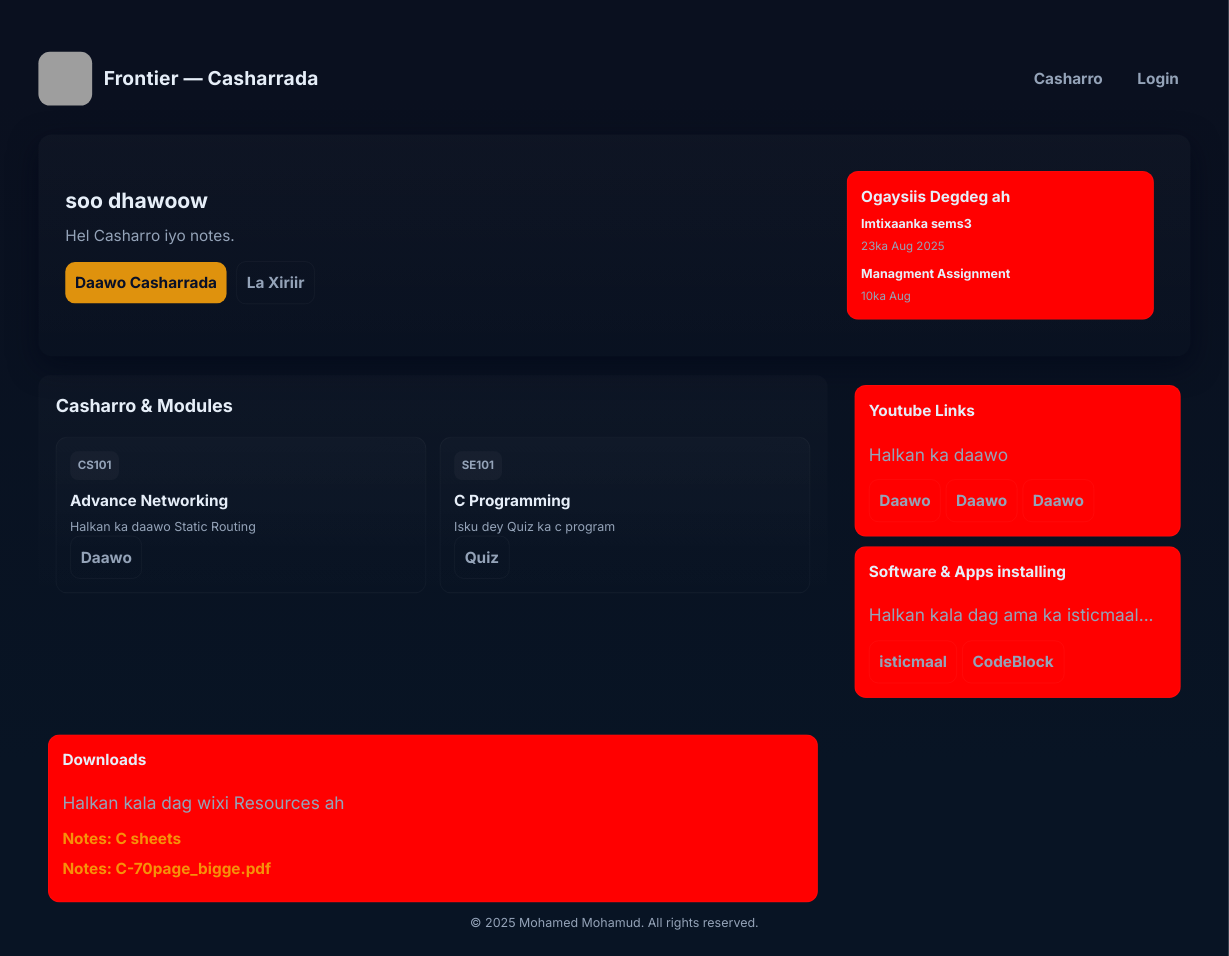
Repository: mrfiiqane/Al-Tacaawun.com
Page: index.html
The author's editor kept a copy of each file at every save. The page is drawn from the files as they stood at one save, then again after the next save.
The browser window is 1280 px wide. The pictures show the whole page, at 96% of full size.
Pictures or frames that could not be fetched are drawn as grey boxes.

Above is the page before, as saved 2025-08-12 10:44:00.

### index.html
<!doctype html>
<html lang="en">
<head>
  <meta charset="utf-8" />
  <meta name="viewport" content="width=device-width,initial-scale=1" />
  <title>Jaamacadda — Casharrada</title>
  <link rel="stylesheet" href="./style.css">

  <!-- Google Font (optional) -->
  <link href="https://fonts.googleapis.com/css2?family=Inter:wght@300;400;600;700&display=swap" rel="stylesheet">

</head>
<body>
  <div class="wrap">

    <header>
      <div class="brand">
        <div class="logo"></div>
        <div>
          <h1 class="site-title">Frontier — Casharrada</h1>
        </div>
      </div>

      <nav aria-label="Primary">
        <a href="#courses">Casharro</a>
        <a href="./Singin.html">Login</a>
      </nav>
    </header>

    <section class="hero">
      <div class="hero-left">

        <h2>soo dhawoow</h2>
        <p>Hel Casharro iyo notes.</p>

        <div class="cta-row">
          <a class="btn" href="#courses">Daawo Casharrada</a>
          <a class="btn secondary" href="#contact">La Xiriir</a>
        </div>
      </div>

      <div class="hero-right card">
        <h4 style="margin:0 0 8px 0">Ogaysiis Degdeg ah</h4>
        <ul class="ann-list">
          <li class="ann"><div><b>Imtixaanka sems3</b><small> 23ka Aug 2025</small></div></li>
          <li class="ann"><div><b>Managment Assignment</b><small> 10ka Aug</small></div></li>
        </ul>
      </div>
    </section>

    <div class="grid">
      <main>
        <!-- Courses -->
        <div id="courses" class="section">
          <h3 style="margin-top:0">Casharro & Modules</h3>
          <div class="courses">
            <article class="course">
              <span class="code">CS101</span>
              <h3>Advance Networking</h3>
              <p>Halkan ka daawo Static Routing</p>
              <a class="btn secondary" href="https://youtu.be/i_kWL7zncr0?si=UCBDJ3CswC6rXT9E" >Daawo</a>
            </article>
            <article class="course">
              <span class="code">SE101</span>
              <h3>C Programming</h3>
              <p>Isku dey Quiz ka c program</p>
              <a class="btn secondary" href="https://quiz-with-c.vercel.app/" >Quiz</a>
            </article>



          </div>
        </div>



      </main>

      <!-- Sidebar -->
      <aside>
        <div class="card">
          <h4 style="margin-top:0">Youtube Links</h4>
          <p class="site-sub">Halkan ka daawo</p>
          <ul style="margin:12px 0 0 0; padding:0; list-style:none;">
            <a class="btn secondary" href="https://youtu.be/eYBJgoVVvV4" >Daawo</a>
            <a class="btn secondary" href="https://youtu.be/OuTGAZUUJFI" >Daawo</a>
            <a class="btn secondary" href="https://youtu.be/sqkx3KoNXKo" >Daawo</a>
          </ul>
        </div>
        <div class="card">
          <h4 style="margin-top:0">Software & Apps installing</h4>
          <p class="site-sub">Halkan kala dag ama ka isticmaal...</p>
          <ul style="margin:12px 0 0 0; padding:0; list-style:none;">
            <a class="btn secondary" href="https://www.programiz.com/c-programming/online-compiler/" >isticmaal</a>
            <a class="btn secondary" href="https://sourceforge.net/projects/codeblocks/files/Binaries/25.03/Windows/codeblocks-25.03mingw-setup.exe/download" >CodeBlock</a>

          </ul>
        </div>

      </aside>
      <aside>
        <div class="card">
          <h4 style="margin-top:0">Downloads</h4>
          <p class="site-sub">Halkan kala dag wixi Resources ah</p>
          <ul style="margin:12px 0 0 0; padding:0; list-style:none;">
            <li style="margin-bottom:8px"><a href="./images/cheat_sheet_c.pdf" download="" style="color:var(--accent); text-decoration:none; font-weight:700">Notes: C sheets</a></li>
            <li style="margin-bottom:8px"><a href="./images/C-70page-begginers.pdf" download="" style="color:var(--accent); text-decoration:none; font-weight:700">Notes: C-70page_bigge.pdf</a></li>
          </ul>
        </div>

      </aside>
    </div>

    <footer>
      © <span id="year"></span> 2025 Mohamed Mohamud. All rights reserved.
    </footer>

  </div>

</body>
</html>

### style.css
:root{
      --bg:#0f1724;
      --card:#0b1220;
      --accent:#f59f0be8;
      --muted:#94a3b8;
      --glass: rgba(255,255,255,0.04);
      --radius:14px;
      --maxw:1200px;
      font-family: "Inter", system-ui, -apple-system, "Segoe UI", Roboto, "Helvetica Neue", Arial;
    }
    *{box-sizing:border-box}

    body{
      margin:0;
      background: linear-gradient(180deg,#0a101f 10%, #081424 80%);
      color:#e6eef8;
      -webkit-font-smoothing:antialiased;
      -moz-osx-font-smoothing:grayscale;  /* //waa maxay */
      line-height:1.45;
      padding:24px;
      display:flex;
      justify-content:center;
    }
    .wrap{
      width:100%;
      max-width:var(--maxw);

    }

    /* Header */
    header{
      display:flex;
      align-items:center;
      justify-content:space-between;
      gap:16px;
      margin: 30px auto;
    }
    .brand{
      display:flex;
      align-items:center;
      gap:12px;
    }
    .logo{
      background-image: url('https://encrypted-tbn0.gstatic.com/images?q=tbn:ANd9GcTuMOF6fEdt8Zlo2HOTVPE4MufJVdZzyfTKlA&s');
      background-size:cover;
      background-position:center;
      background-repeat:no-repeat;
      width:56px;
      height:56px;
      border-radius:12px;
      display:flex;
      align-items:center;
      justify-content:center;
      font-weight:700;
      font-size:20px;
    }
    h1.site-title{
      margin:0;
      font-size:20px;
      letter-spacing:0.2px;
    }
    p.site-sub{ margin:0; color:var(--muted); font-size:18px }

    nav{
      display:flex;
      gap:12px;
      align-items:center;
    }
    nav a{
      color:var(--muted);
      text-decoration:none;
      font-weight:800;
      padding:8px 12px;
      border-radius:10px;
    }
    nav a:hover{ color:#fff; background:var(--glass) }

    /* Hero */
    .hero{
      background: linear-gradient(180deg, rgba(255,255,255,0.02), transparent);
      border-radius: var(--radius);
      padding:28px;
      display:flex;
      gap:24px;
      align-items:center;
      margin-bottom:20px;
      box-shadow: 0 10px 30px rgba(2,6,23,0.6);
    }
    .hero-left{flex:1}
    .hero-right{ width:320px; min-width:220px }
    .hero h2{ margin:0 0 8px 0; font-size:22px }
    .hero p{ margin:0 0 14px 0; color:var(--muted) }

    .cta-row{ display:flex; gap:10px; align-items:center }
    .btn{
      background:var(--accent);
      color:#081028;
      padding:10px;
      border-radius:10px;
      font-weight:700;
      border:none;
      cursor:pointer;
      text-decoration:none;
      display:inline-block;
    }
    .btn.secondary{
      background:transparent;
      color:var(--muted);
      border:1px solid rgba(255,255,255,0.04);
    }

    /* Grid */
    .grid{
      display:grid;
      gap:18px;
      grid-template-columns: 1fr 360px;
    }

    /* Main content */
    main{ background:transparent }
    .section{
      background: linear-gradient(180deg, rgba(255,255,255,0.02), transparent);
      padding:18px;
      border-radius:12px;
      margin-bottom:16px;
    }

    /* Courses */
    .courses{
      display:grid;
      grid-template-columns: repeat(auto-fit,minmax(230px,1fr));
      gap:14px;
      bk
    }
    .course{
      background:linear-gradient(180deg, rgba(255,255,255,0.02), transparent);
      padding:14px;
      border-radius:12px;
      border:1px solid rgba(255,255,255,0.03);
      transition:transform .18s ease, box-shadow .18s ease;
    }
    .course:hover{ transform:translateY(-6px); box-shadow:0 12px 30px rgba(2,6,23,0.6) }
    .code{
      display:inline-block;
      background:rgba(255,255,255,0.03);
      padding:6px 8px;
      border-radius:8px;
      color:var(--muted);
      font-weight:700;
      font-size:12px;
    }
    .course h3{ margin:10px 0 6px 0; font-size:16px }
    .course p{ margin:0; color:var(--muted); font-size:13px }

    /* Sidebar cards */
    .card{
      /* background: linear-gradient(180deg, rgba(255,255,255,0.02), transparent); */
      background-color: red;
      padding:14px;
      border-radius:12px;
      border:1px solid rgba(255,255,255,0.03);
      margin: 10px;
    }
    .ann-list{ list-style:none; margin:0; padding:0; display:flex; flex-direction:column; gap:10px }
    .ann{
      display:flex; gap:10px; align-items:flex-start;
    }
    .ann b{ display:block; font-size:13px }
    .ann small{ color:var(--muted); font-size:12px }

    footer{
      margin:2px; text-align:center; color:var(--muted); font-size:13px;
    }

    /* Responsive */
    @media (max-width:768px){
    header{
      display:block;
      align-items:center;
      justify-content:space-around;
      gap:5px;
      margin-bottom:22px;
    }
    .hero, .grid{
      display: flex;
      flex-direction: column;
    }

    nav{
      gap:5px;
      justify-content: end;
    }
    .btn{
      padding:10px;
    }

    }

After the next save:
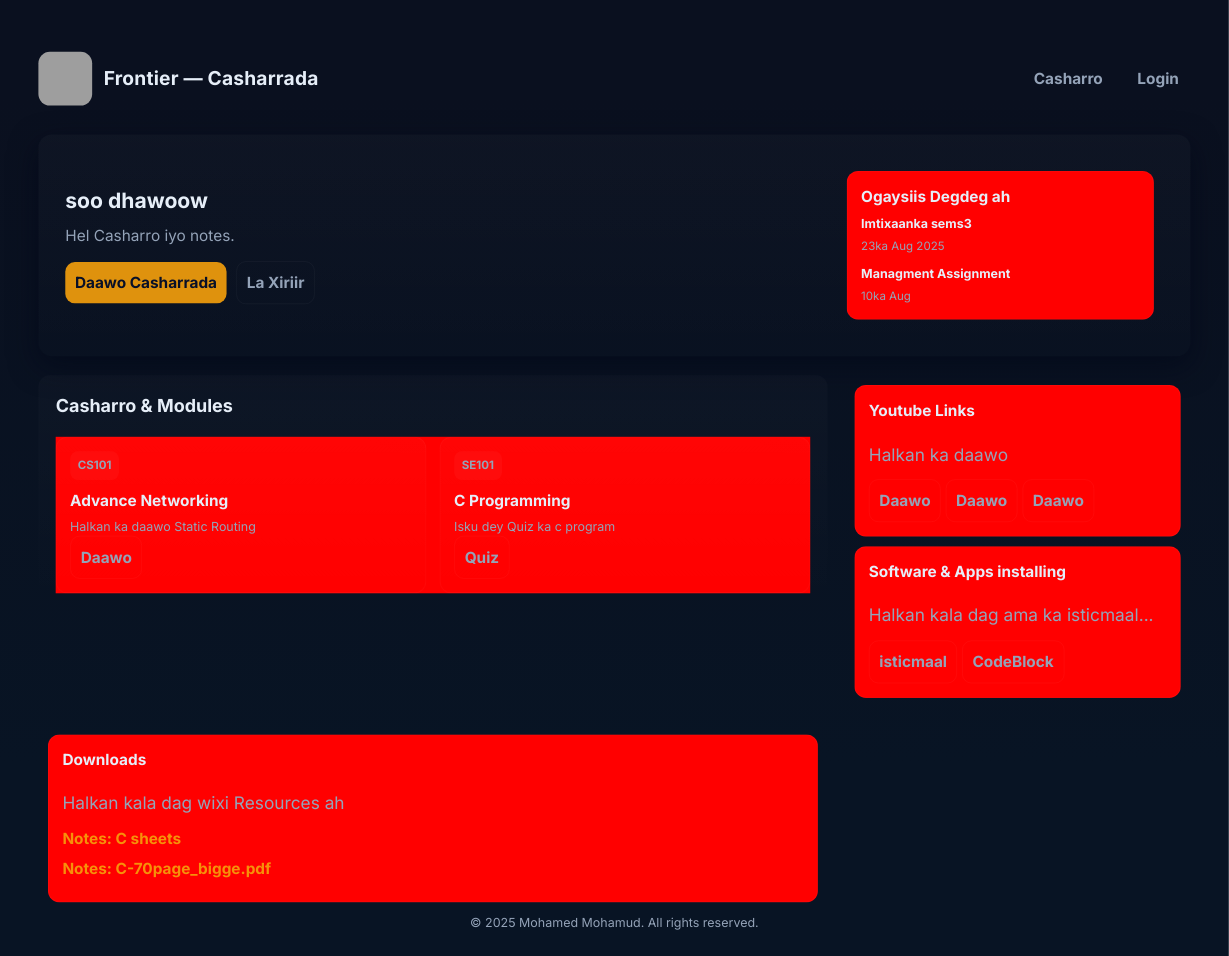
Saved 4 s later.
--- a/style.css
+++ b/style.css
@@ -130,7 +130,7 @@
       display:grid;
       grid-template-columns: repeat(auto-fit,minmax(230px,1fr));
       gap:14px;
-      bk
+      background-color: red;
     }
     .course{
       background:linear-gradient(180deg, rgba(255,255,255,0.02), transparent);

After the save that followed:
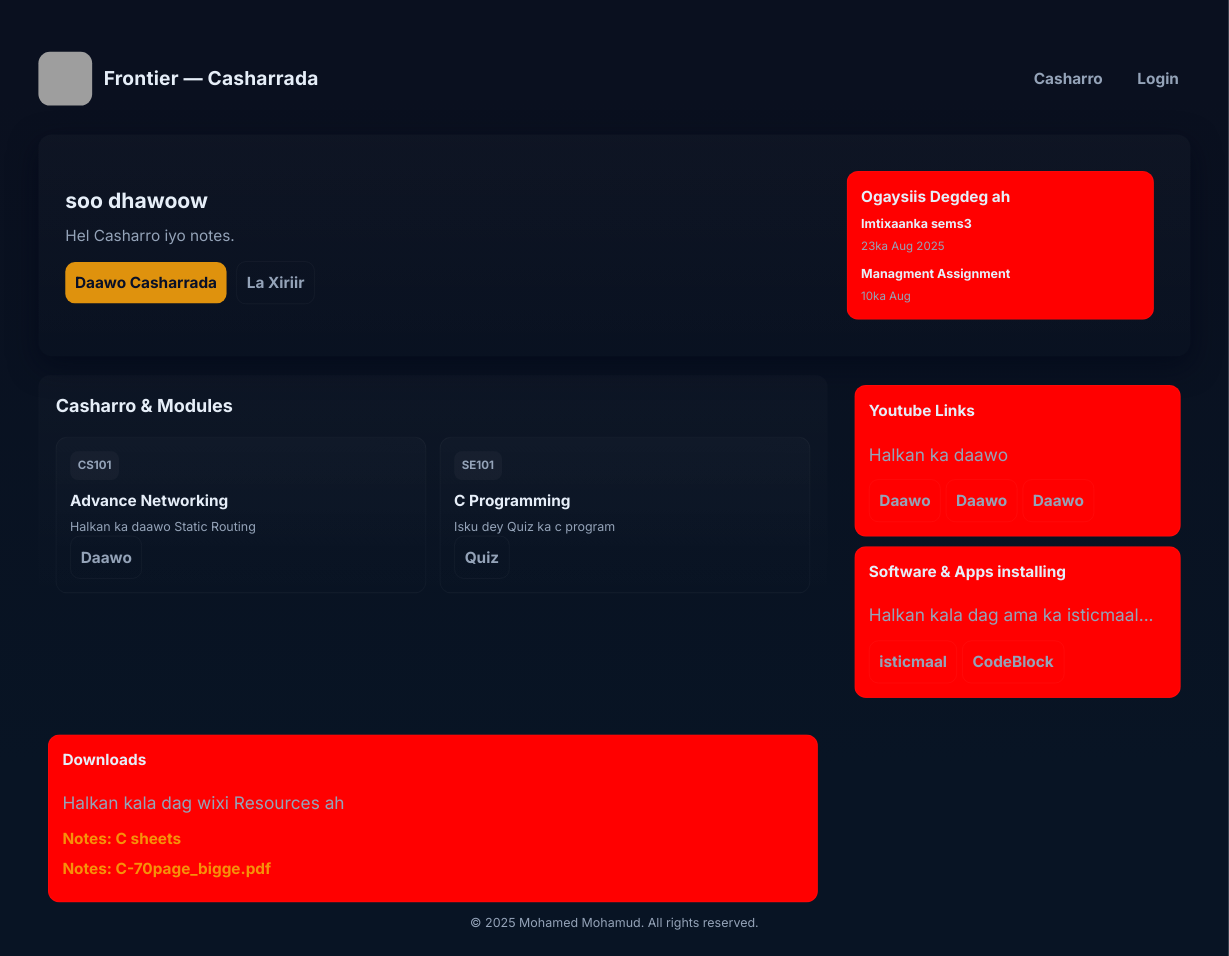
Saved 49 s later.
--- a/style.css
+++ b/style.css
@@ -130,7 +130,6 @@
       display:grid;
       grid-template-columns: repeat(auto-fit,minmax(230px,1fr));
       gap:14px;
-      background-color: red;
     }
     .course{
       background:linear-gradient(180deg, rgba(255,255,255,0.02), transparent);
